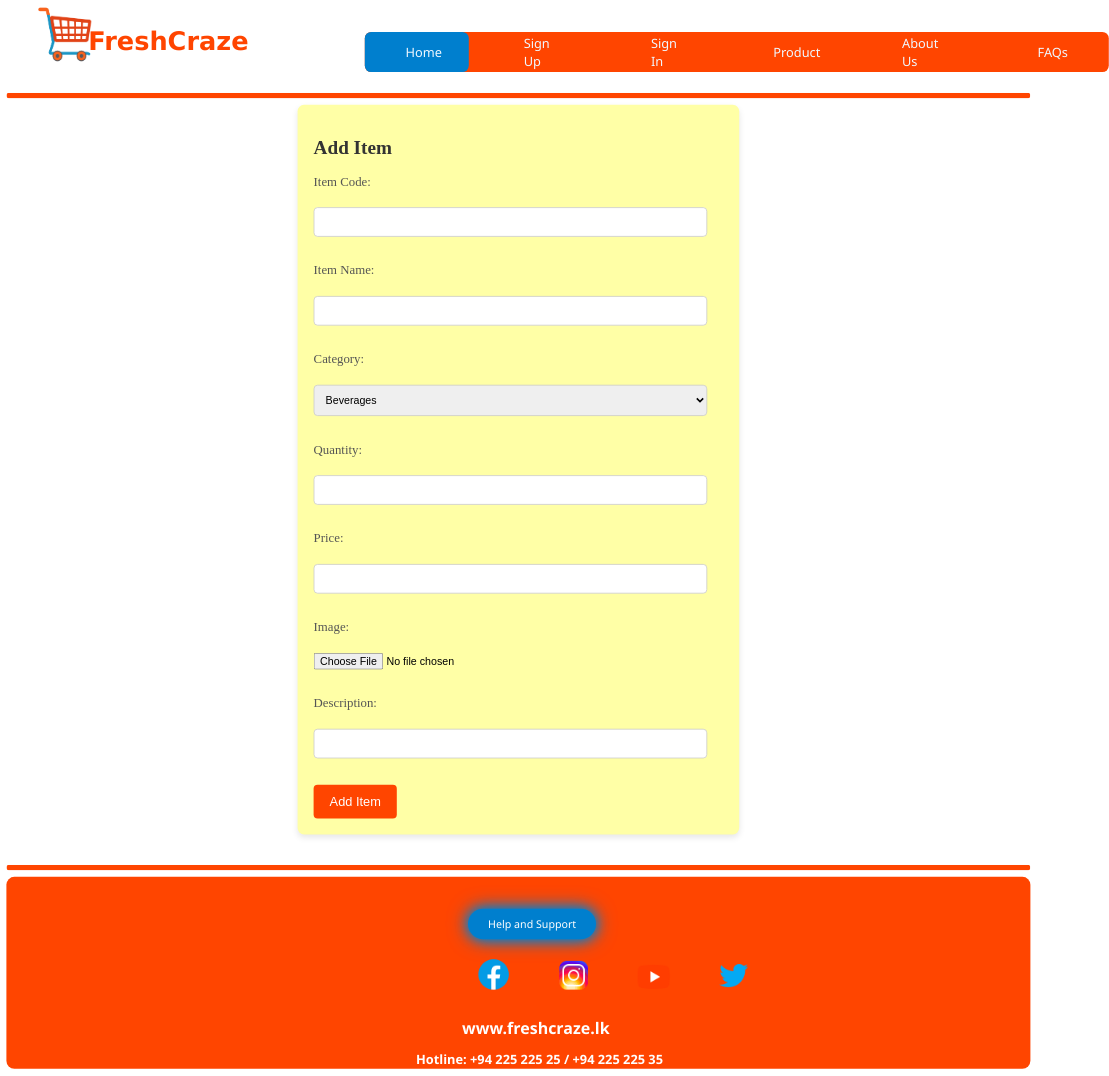
Repository: shanika2002/FreshCraze
Page: http://localhost/itemDem/updateItem.jsp
These files come from the project's save history. The page is drawn as it stood at one moment and after the next save; the edit follows.
The browser window is 1280 px wide. The page is 1386 px wide, so the pictures cover 1386 px, including what lies to the right of the window. The pictures show the whole page, at 80% of full size.
The page is served by Tomcat 9.

Above is the page before, as saved 2024-05-13 19:05:44.

After the next save:
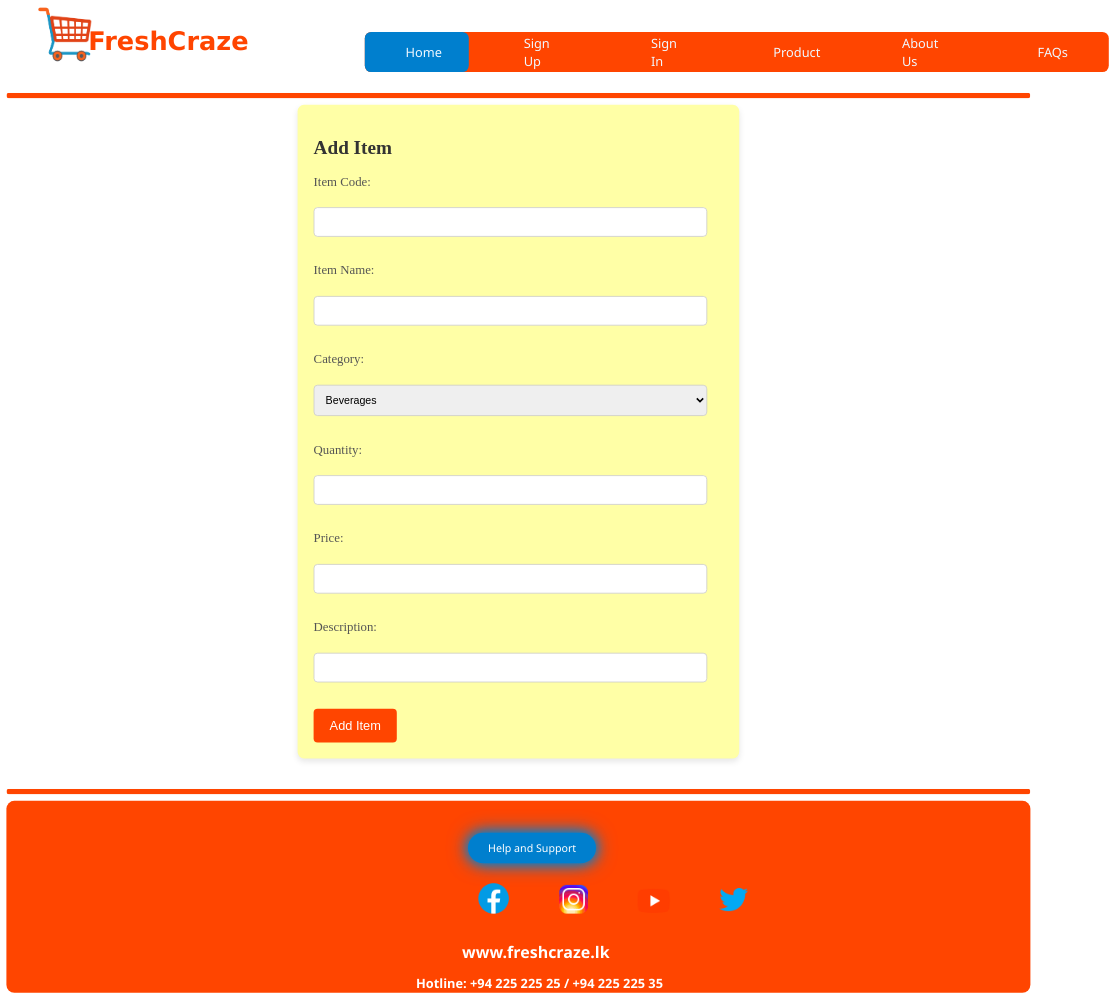
Saved 53 s later.
--- a/itemDem/src/main/webapp/updateItem.jsp
+++ b/itemDem/src/main/webapp/updateItem.jsp
@@ -50,9 +50,6 @@
         <label for="price">Price:</label><br>
         <input type="text" id="price" name="price" required value="${param.price}"><br><br>
 
-        <label for="image">Image:</label><br>
-        <input type="file" id="image" name="image" value="${param.image}"><br><br>
-
         <label for="description">Description:</label><br>
         <input type="text" id="description" name="description"  required value="${param.description }"><br><br>
 
